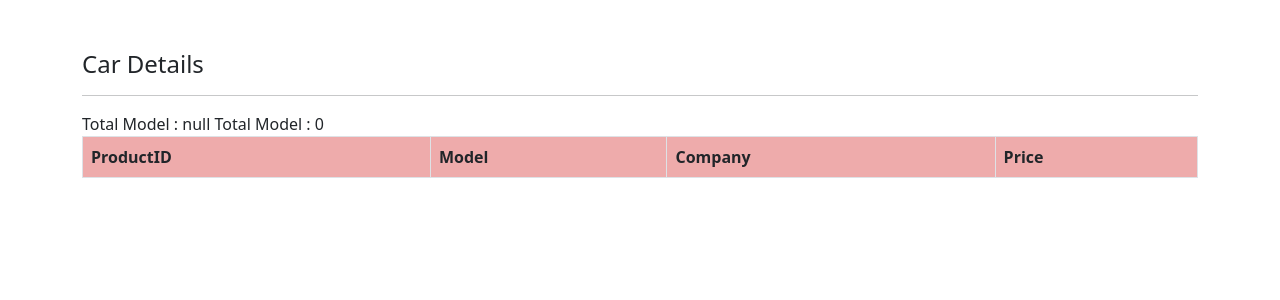
Repository: Kapil-06/My-Java-Projects
Page: http://localhost/AJAX_Module/ShowCarInfo.jsp
An editor plug-in stored every save of this project. The page is shown before and after the next save, followed by the edit.
The browser window is 1280 px wide. The pictures show the whole page.
The page is served by Tomcat 9. Queries for data that is not in the repository find no rows.

Above is the page before, as saved 2023-06-12 06:27:59.

After the next save:
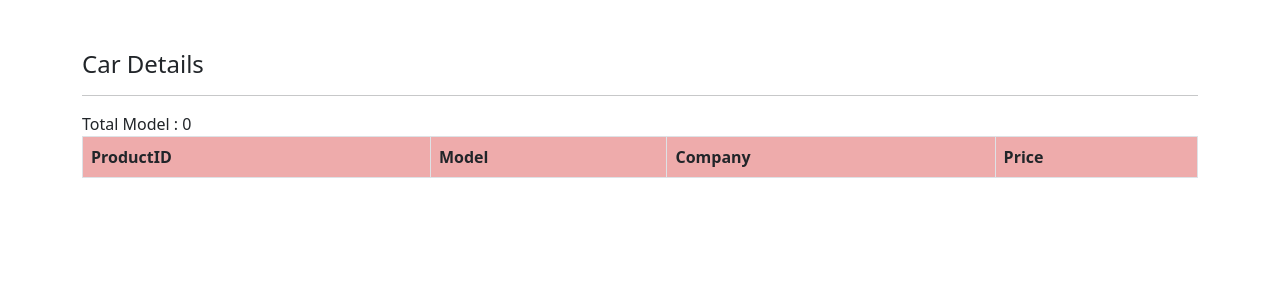
Saved 44 s later.
--- a/AJAX Module/src/main/webapp/ShowCarInfo.jsp
+++ b/AJAX Module/src/main/webapp/ShowCarInfo.jsp
@@ -23,7 +23,7 @@
             </tr>
             <%
             String company=request.getParameter("company");
-            out.println("Total Model : "+company);
+
             CarInfoFinder cf=new CarInfoFinder();
             cf.setCompany(company);
 
@@ -38,10 +38,11 @@
                 <td><%=company %></td>
                 <td><%=list.get(i).getPrice() %></td>
             </tr>
+
+            <%
+        	}
+        	%>
         </table>
-        <%
-        }
-        %>
     </div>
 </body>
 </html>
